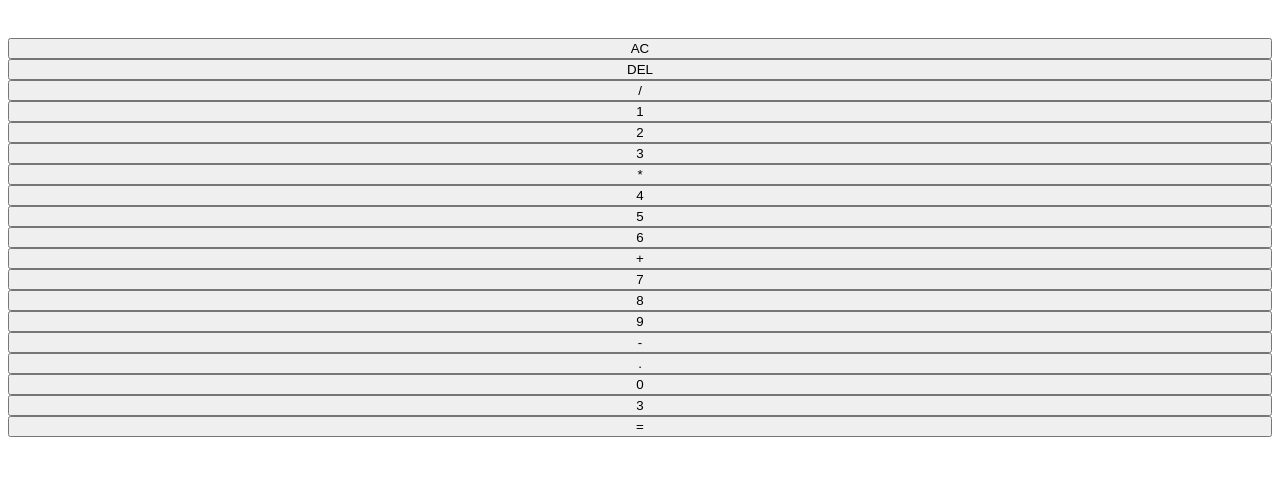
Repository: khadergw/calculator
Page: / (app in calculator/)
These files come from the project's save history. The page is drawn as it stood at one moment and after the next save; the edit follows.
The browser window is 1280 px wide. The pictures show the whole page.
The project was rebuilt for these pictures with package versions that can differ from the ones it lists, and the page was loaded fresh each time. Also part of the build but not shown: calculator/src/App.css.

Above is the page before, as saved 2022-09-10 23:13:31.

After the next save:
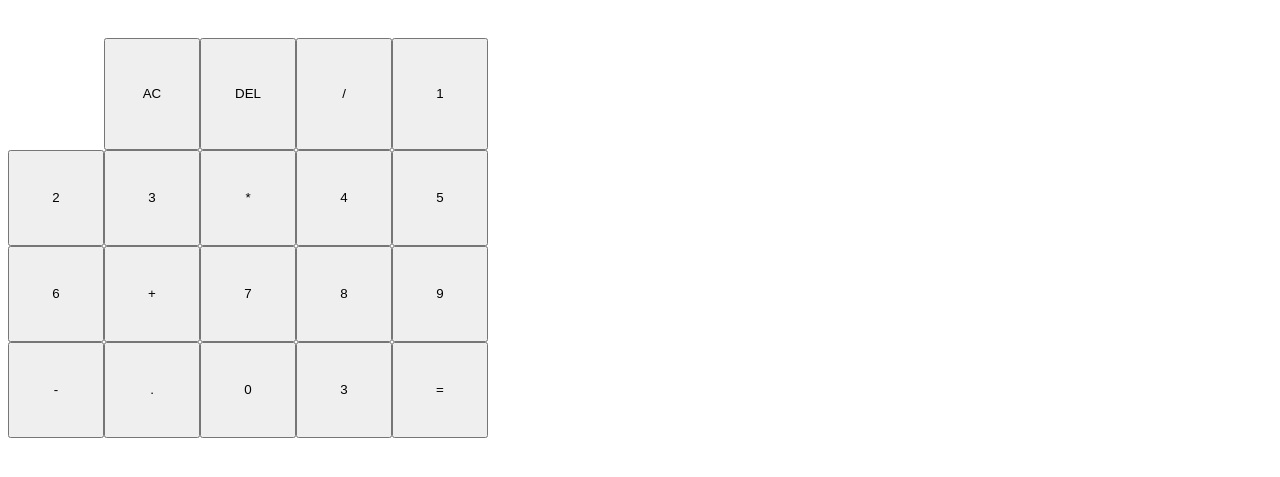
Saved 2 min 29 s later.
--- a/calculator/src/styles.css
+++ b/calculator/src/styles.css
@@ -1,5 +1,6 @@
 .CalGrid {
   display: grid;
   margin-top: 3%;
-  grid-template-columns: repeat(5, 6erm);
+  grid-template-columns: repeat(5, 6rem);
+  grid-template-rows: minmax(7rem, auto) repeat(5, 6rem);
 }
